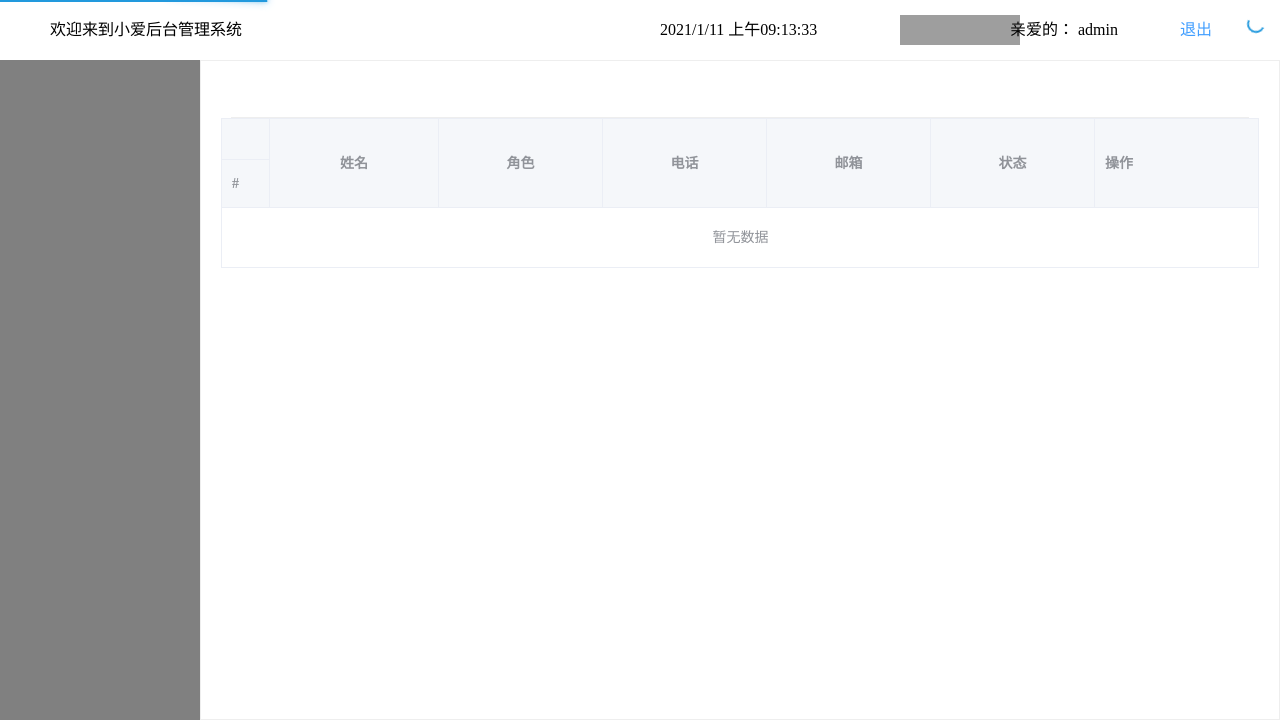
Repository: heyegang/vuex
Page: /usermanagement
An editor plug-in stored every save of this project. The page is shown before and after the next save, followed by the edit.
The browser window is 1280 px wide. The pictures show the whole page.
Pictures or frames that could not be fetched are drawn as grey boxes. The page's requests for data from a server got no answer. The project was rebuilt for these pictures with package versions that can differ from the ones it lists, and the page was loaded fresh each time. No one was signed in, and anything a server would have sent is missing. Also part of the build but not shown: vue.config.js, src/views/Home.vue, src/components/navsidebar/NavSidebar.vue.

Above is the page before, as saved 2021-01-12 10:47:43.

After the next save:
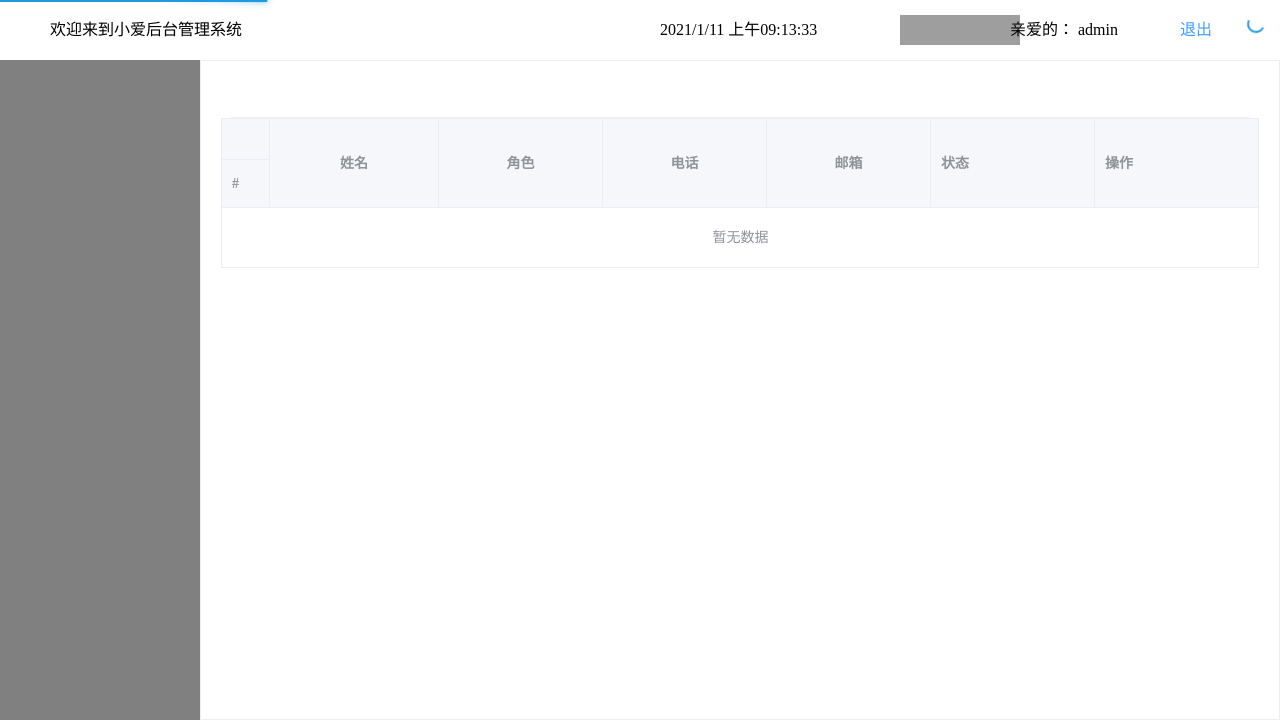
Saved 4 s later.
--- a/src/components/aitable/AiTable.vue
+++ b/src/components/aitable/AiTable.vue
@@ -17,7 +17,7 @@
         </el-table-column>
       </el-table-column>
       <el-table-column
-      v-for="(item,index) in columns.slice(0, columns.length - 1)"
+      v-for="(item,index) in columns.slice(0, columns.length - 2)"
       :key="index"
       :prop="item.prop"
       :label="item.label"
@@ -26,11 +26,11 @@
       </el-table-column>
 
 
-      <!-- <el-table-column :label="columns[columns.length-2].label">
+      <el-table-column :label="columns[columns.length-2].label">
         <template>
           <slot name="switchs"></slot>
         </template>
-      </el-table-column> -->
+      </el-table-column>
 
       <!-- <el-table-column>
         <template slot-scope="scope">
